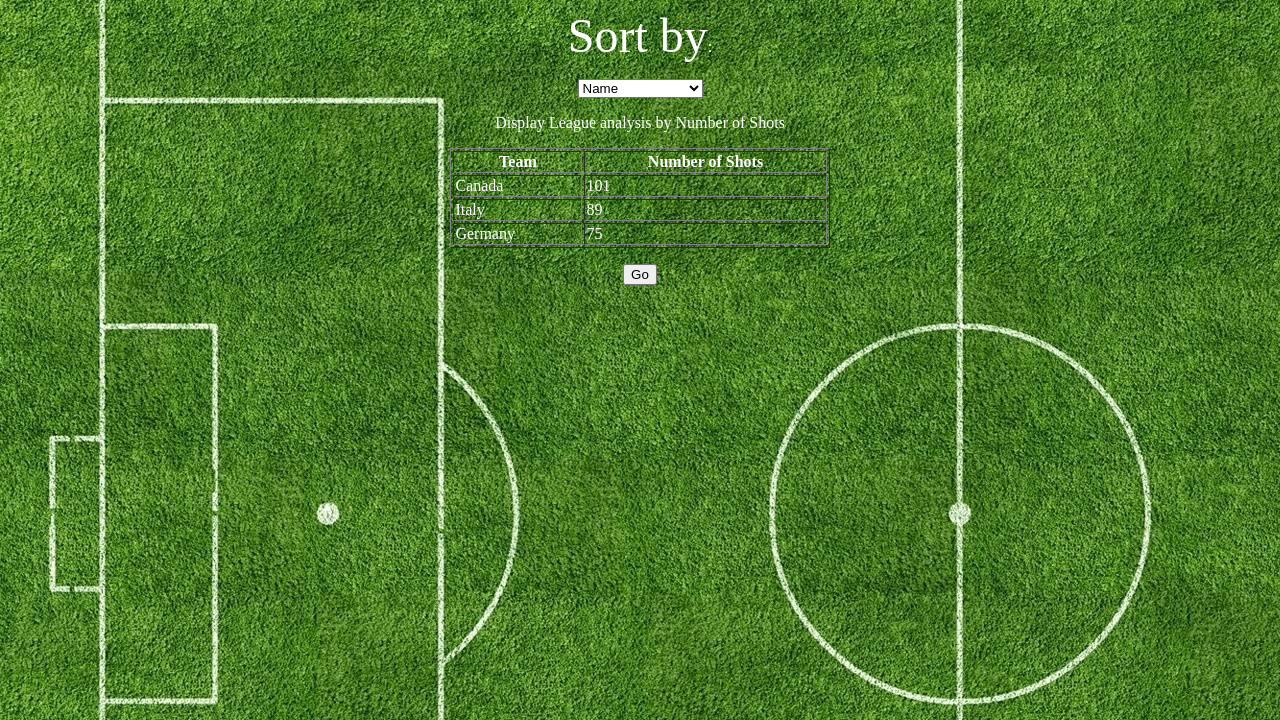
Repository: FredGlozman/SwiftScore
Page: SwiftScore/LeagueAnalysisMode.html
These files come from the project's save history. The page is drawn as it stood at one moment and after the next save; the edit follows.
The browser window is 1280 px wide. The pictures show the whole page.

Above is the page before, as saved 2015-12-03 12:37:28.

After the next save:
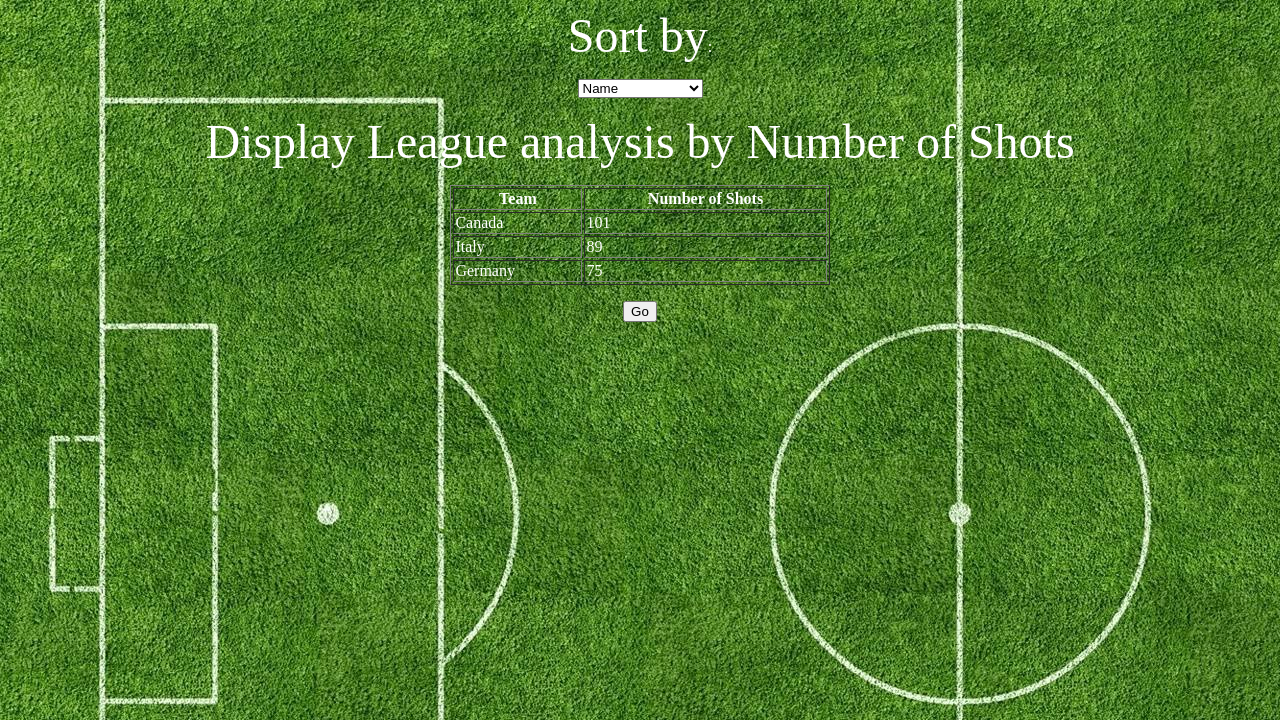
Saved 20 s later.
--- a/SwiftScore/LeagueAnalysisMode.html
+++ b/SwiftScore/LeagueAnalysisMode.html
@@ -25,7 +25,7 @@ p, font, th, td {
 <br>
 <form action="LeagueAnalysisMode.php" method="post">
 		<p>
-			Display League analysis by Number of Shots
+			<font color="white" size = 30x >Display League analysis by Number of Shots</font>
 		</p>
 		<p>
 		<table style="width: 30%" border="1">
